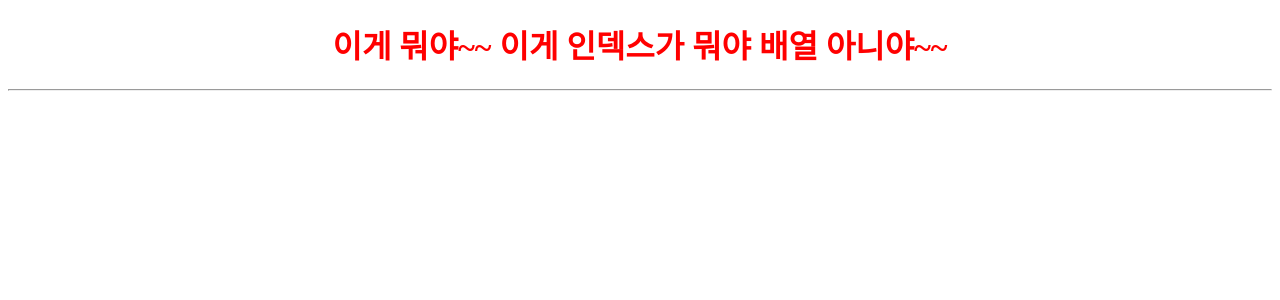
Repository: Rostreaca/0922_Web
Page: MyFirstWebProject/src/main/webapp/WEB-INF/index.html
These files come from the project's save history. The page is drawn as it stood at one moment and after the next save; the edit follows.
The browser window is 1280 px wide. The pictures show the whole page.

Above is the page before, as saved 2025-09-22 07:11:18.

### MyFirstWebProject/src/main/webapp/WEB-INF/index.html
<!DOCTYPE html>
<html>
<head>
<meta charset="UTF-8">
<title>안녕하세요 인 덱스입니다</title>
<style>
	h1{
		color : red;
		text-align: center;

	}
</style>
</head>
<body>
	<!--
		1) 새로운 워크스페이스를 만들어서 이클립스로 열기

		2) 작업 환경 구성

			2_1) 보여질 U.I를 구성

			2_2) 서버 실행환경 구성[Window - Preferences]
			(Server - Runtime Environments)
			이클립스 상에서 서버를 실행할 수 있도록 실행환경을 연동하는 과정
			Add버튼 클릭 -> 설치한 ApacheTomcat과 동일한 버전 선택 -> Next버튼 클릭
			-> Browse버튼 클릭 -> 설치한 톰캣 폴더 선택 -> Finish버튼 클릭

		3) 서버 생성하기

			3_1) [Servers] - [New] - [Server]

			3_2) 창에 기본적으로 2_2에서 세팅해놓은 Runtime이 잡혀 있을 것

			3_3)  Finish버튼 클릭

			3_4) 서버 세팅하기(만들어진 서버 더블클릭)

				3_4_1) 왼쪽하단에 ServerOption탭에 Server Module Publishing 체크
				=> file upload / download 경로 지정이 운영체제 상 숨김폴더로 지정

				3_4_2) 포트번호를 바꿔야한다면 재설정 => 작업이 끝나면 반드시 저장

			4) Dynamic Web Project만들기 [Project Explorer - new]

				4_1) 프로젝트명 신중하게 만들기 - Next

				4_2) default output folder 경로 재설정 :
					 src/main/webapp/WEB-INF/classes
				=> classes라는 폴더 안에 컴파일이 끝난 .class파일이 들어감
				WEB-INF안에 만들어두지 않으면 외부에서 접근이 가능하기 때문에 보안상 위험함

				4_3) Context root : 애플리케이션만의 고유한 이름으로 지어줄 것(기본값 : 프로젝트명)
				재정의해서 쓰는것이 보편적이고 실제로 자주 바뀔 수 있음
				=> 하나의 서버로 여러 개의 애플리케이션을 구동할 수 있음
				고유한 이름을 통해 애플리케이션에 접근하는 경로로 사용할 수 있음

				Content Directory : 실제로 배포되는 폴더(서버에 올라가는 폴더)의 최상위 폴더명!
				=> 변경 시 default output folder로 돌아가서 그쪽도 변경해야 함

				Generate web.xml deployement descriptor : 기본적으로는 체크가 안돼있음
				=> web.xml에는 애플리케이션 전체 정보가 들어있음(메인페이지 지정)
				굳이 바꿀 일 없어~~~ 하면은 안만들어도 무방
				혹시나 수정을 할 수도 있고 공부를 해야하니까 꼭 만들자!!!!

				Finish버튼 클릭

			5) 새로만들어진 Project 확인하기

				5_1) src - main - webapp - WEB-INF - classes폴더 잘 있나

				5_2) src - main - webapp - WEB-INF - web.xml 잘 있나

				5_3) src - main - webapp - index.html파일 만들기

			6) 생성해놓은 Server에 올리기

				[Servers] -> Server 오른쪽 클릭 -> Add and Remove -> 왼쪽에서 선택 후 클릭
				-> Finish

			7) 서버 실행 잘 되는거 확인했으면 브라우저 켜서 URL요청 보내서 index파일 잘 나오나 확인
		-->

	<h1>이게 뭐야~~ 이게 인덱스가 뭐야 배열 아니야~~</h1>

	<hr>
</body>
</html>

After the next save:
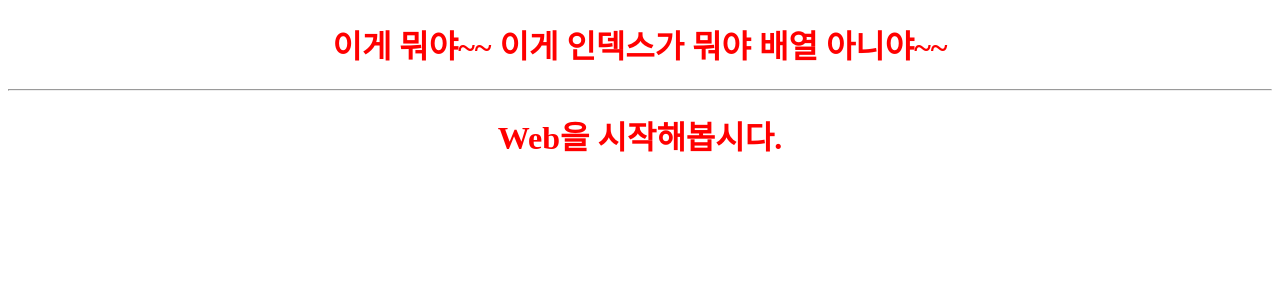
Saved 8 s later.
--- a/MyFirstWebProject/src/main/webapp/WEB-INF/index.html
+++ b/MyFirstWebProject/src/main/webapp/WEB-INF/index.html
@@ -83,5 +83,8 @@
 	<h1>이게 뭐야~~ 이게 인덱스가 뭐야 배열 아니야~~</h1>
 
 	<hr>
+
+	<h1>Web을 시작해봅시다.</h1>
+
 </body>
 </html>
